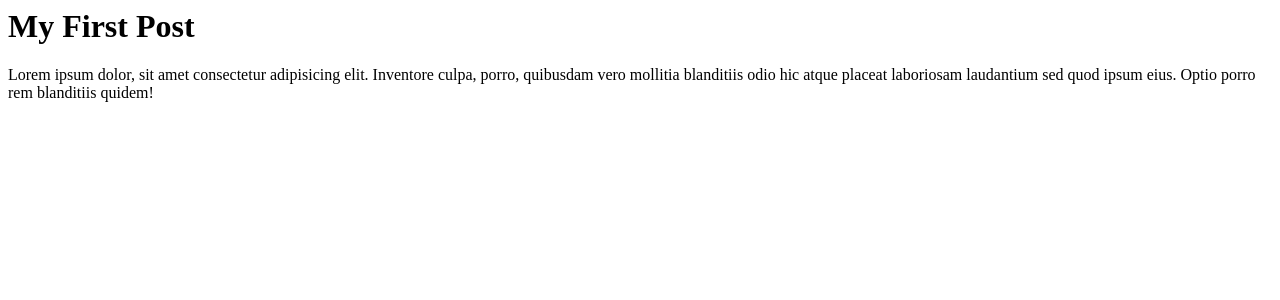
Repository: RaquelAlvarezz/example-app
Page: resources/posts/my-first-post.html
The author's editor kept a copy of each file at every save. The page is drawn from the files as they stood at one save, then again after the next save.
The browser window is 1280 px wide. The pictures show the whole page.

Above is the page before, as saved 2022-02-22 09:21:40.

### resources/posts/my-first-post.html

    <h1>My First Post</h1>
<p>Lorem ipsum dolor, sit amet consectetur adipisicing elit. Inventore culpa, porro, quibusdam vero mollitia blanditiis odio hic atque placeat laboriosam laudantium sed quod ipsum eius. Optio porro rem blanditiis quidem!</p>

After the next save:
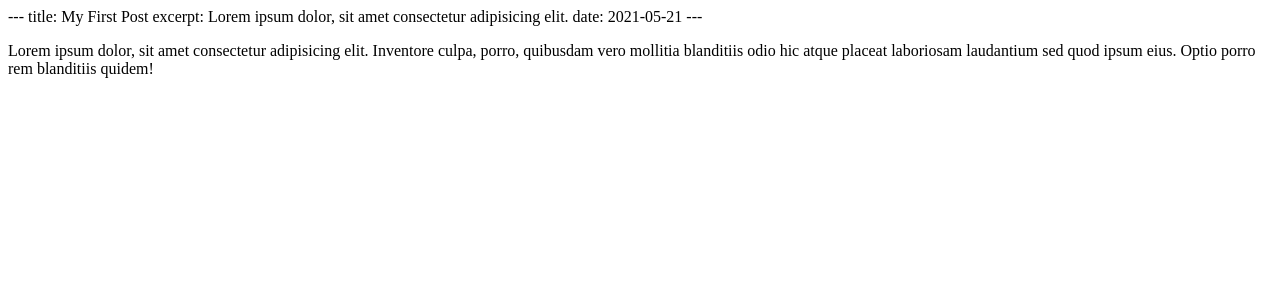
Saved 14 s later.
--- a/resources/posts/my-first-post.html
+++ b/resources/posts/my-first-post.html
@@ -1,3 +1,6 @@
-
-    <h1>My First Post</h1>
+---
+  title: My First Post
+  excerpt: Lorem ipsum dolor, sit amet consectetur adipisicing elit.
+  date: 2021-05-21
+  ---
 <p>Lorem ipsum dolor, sit amet consectetur adipisicing elit. Inventore culpa, porro, quibusdam vero mollitia blanditiis odio hic atque placeat laboriosam laudantium sed quod ipsum eius. Optio porro rem blanditiis quidem!</p>
